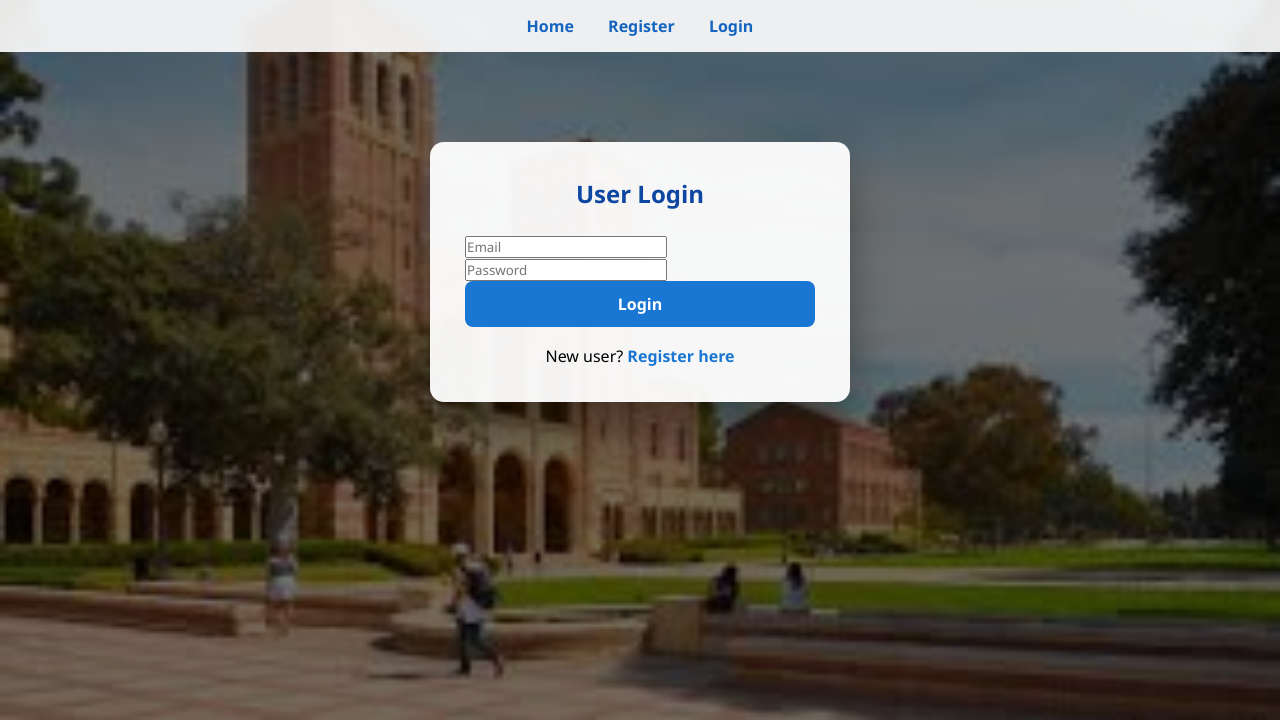
Repository: Sanjaya1822/Campus-Exchange
Page: http://localhost/CampusExchange/login.jsp
These files come from the project's save history. The page is drawn as it stood at one moment and after the next save; the edit follows.
The browser window is 1280 px wide. The pictures show the whole page.
The page is served by Tomcat 9.

Above is the page before, as saved 2026-01-30 18:00:47.

After the next save:
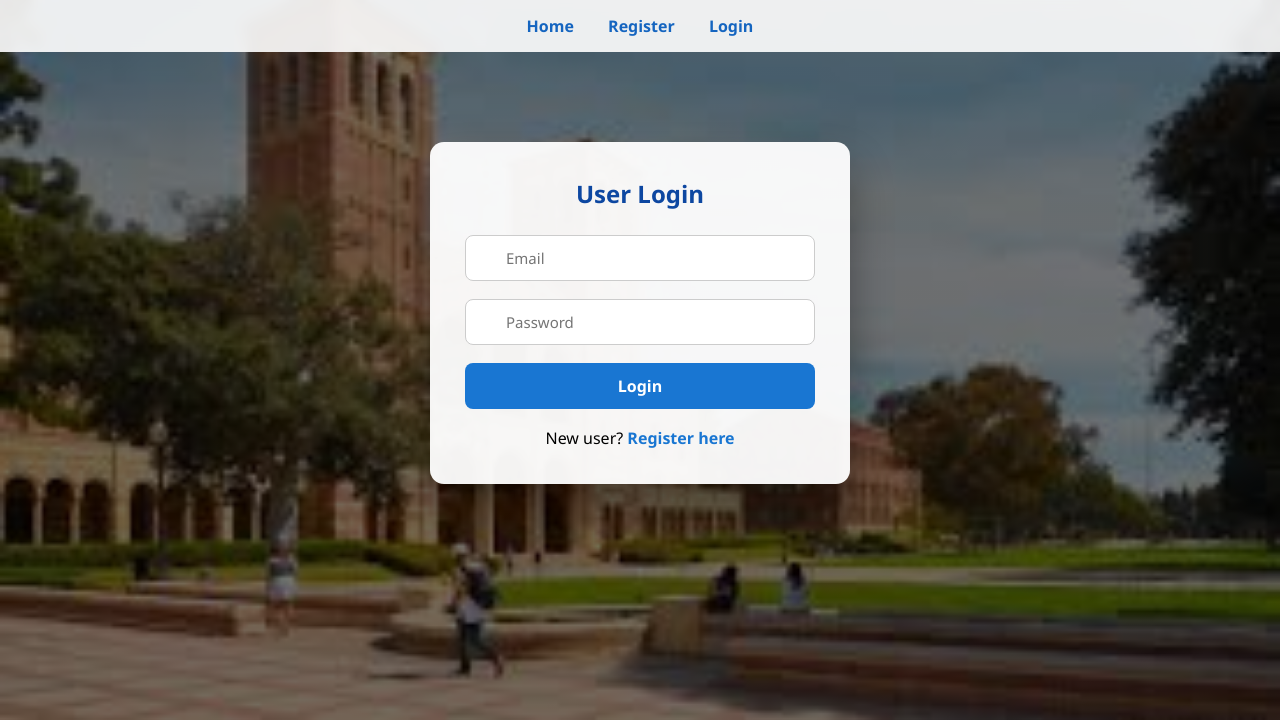
Saved 35 s later.
--- a/CampusExchange/src/main/webapp/login.jsp
+++ b/CampusExchange/src/main/webapp/login.jsp
@@ -17,10 +17,18 @@
     <h2>User Login</h2>
 
     <form action="login" method="post">
-        <input type="email" name="email" placeholder="Email" required>
-        <input type="password" name="password" placeholder="Password" required>
 
-        <button type="submit">Login</button>
+        <div class="input-group">
+            <i class="fa fa-envelope"></i>
+            <input type="email" name="email" placeholder="Email" required>
+        </div>
+
+        <div class="input-group">
+            <i class="fa fa-lock"></i>
+            <input type="password" name="password" placeholder="Password" required>
+        </div>
+
+        <input type="submit" value="Login">
     </form>
 
     <div class="link">
@@ -28,5 +36,6 @@
     </div>
 </div>
 
+
 </body>
 </html>
